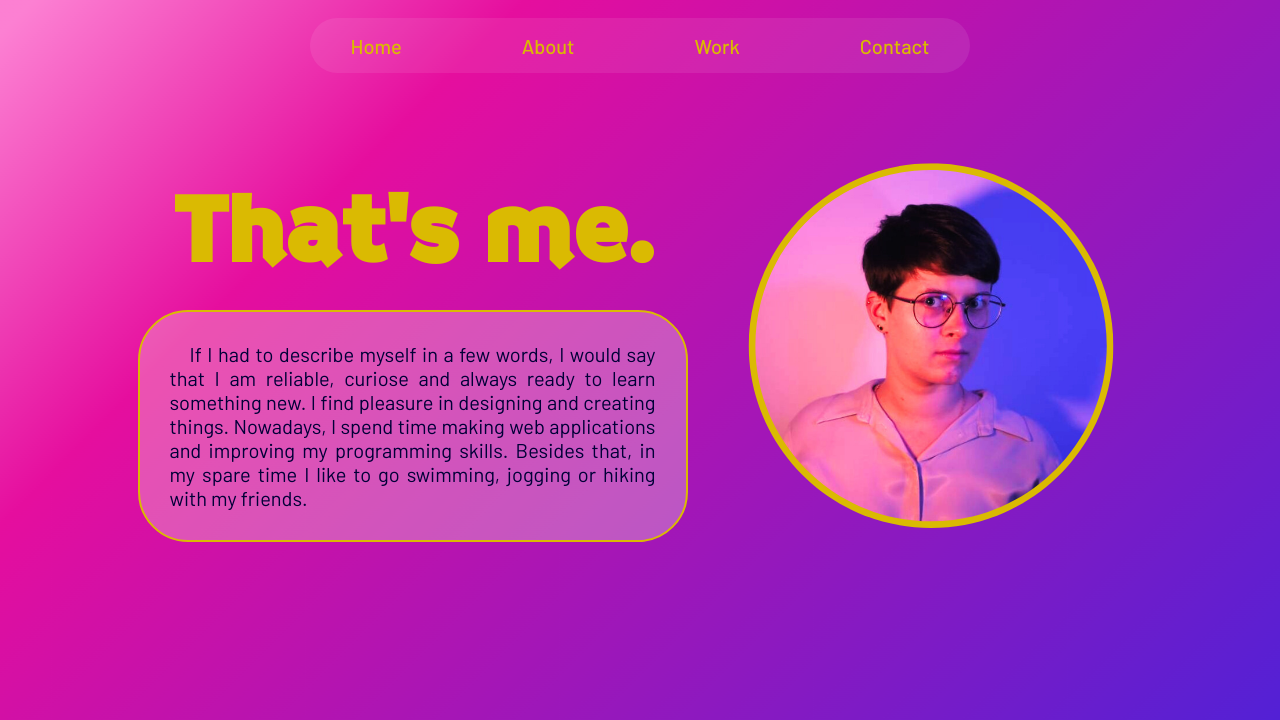
Repository: JJonka/portfolio_site
Page: /about
An editor plug-in stored every save of this project. The page is shown before and after the next save, followed by the edit.
The browser window is 1280 px wide. The pictures show the whole page.
The project was rebuilt for these pictures with package versions that can differ from the ones it lists, and the page was loaded fresh each time. Also part of the build but not shown: vite.config.ts, src/pages/HomePage.tsx, src/components/LogoIcon.module.scss, src/components/LogoIcon.tsx, src/pages/Contact.tsx, src/pages/Work.module.scss, src/pages/Work.tsx.

Above is the page before, as saved 2023-10-08 15:57:23.

### index.html
<!doctype html>
<html lang="en">
  <head>
    <meta charset="UTF-8" />
    <link rel="icon" href="./src/assets/jj_logo.svg">
    <meta name="viewport" content="width=device-width, initial-scale=1.0" />
    <title>Joanna Jurasz - software developer</title>
  </head>
  <body>
    <div id="root"></div>
    <script type="module" src="/src/index.tsx"></script>
  </body>
</html>

### src/index.tsx
import React from 'react';
import ReactDOM from 'react-dom/client';
import App from './App';
import { BrowserRouter } from 'react-router-dom';


const root = ReactDOM.createRoot( document.getElementById('root') as HTMLElement);

root.render(
  <BrowserRouter>
    <App />
  </BrowserRouter>
);

### src/App.tsx
import { Routes, Route } from 'react-router-dom';
import HomePage from './pages/HomePage';
import About from './pages/About';
import Contact from './pages/Contact';
import Work from './pages/Work';
import './App.css'


const App = () => {
    return (
      <div>
      <div className='mainBackground' />
      <div className='layer1' />
      <div className='layer2' />

      <Routes>
        <Route path='/' element={ <HomePage /> } />
        <Route path='/about' element={ <About /> } />
        <Route path='/work' element={ <Work /> } />
        <Route path='/contact' element={ <Contact /> }/>
      </Routes>
      </div>
    )
}

export default App;

### src/pages/About.tsx
import Menu from "../components/Menu";
import styles from "./About.module.scss"
import EndOfSection from "../components/EndOfSection";

const About = () => {
    return (
        <div className={styles.card}>
            <Menu></Menu>
            <div className={styles.container}>
                <div className={styles.text}>
                    <h1 className={styles.header}>That's me.</h1>
                    <div className={styles.box}>
                        <p className={styles.aboutMe}>&emsp;If I had to describe myself in a few words, I would say that I am reliable,
                            curiose and always ready to learn something new. I find pleasure in designing and creating things. Nowadays,
                            I spend time making web applications and improving my programming skills. Besides that, in my spare time
                            I like to go swimming, jogging or hiking with my friends.
                        </p>
                    </div>
                </div>
                <img src="/src/assets/jj.svg" className={styles.image} alt="Jo_pic"></img>
            </div>
            <EndOfSection></EndOfSection>
        </div>
    )
};

export default About;

### src/App.css
@font-face {
  font-family: 'Barlow-Light';
  src: url(/fonts/Barlow-Light.ttf);
}

@font-face {
	font-family: 'Barlow-Regular' ;
	src: url(/fonts/Barlow-Regular.ttf);
}

body {
	display: flex;
	flex-direction: column;
    align-items: center;
    font-family: 'Barlow-Light';
	text-align: center;
    padding-left: calc(100vw - 100%);
    --main-color: #daba02;
}

.mainBackground {
    background-image: linear-gradient(135deg, #fc79d0 15%, #e40199 30% , #2719e0 85%);
    animation: slide 5s linear infinite alternate;
    animation-fill-mode: backwards;
    position: fixed;
    top: 0;
    bottom: 0;
    left: -50%;
    right: -50%;
    opacity: 0.95;
    z-index: -1;
}




@keyframes slide {
    0% {
        transform: translateX(-20%);
    }
    100% {
        transform: translateX(10%);
    }

}

### src/components/Menu.tsx
import styles from "./Menu.module.scss";
import  LinkToPage  from "./LinkToPage"

const Menu = () => {

    return (
        <div className={styles.menu}>
            <LinkToPage
                link = {'/'}
                urlTo = {"http://localhost:5173/"}
                linkTitle= {"Home"}
            ></LinkToPage>
            <LinkToPage
                link = {'/about'}
                urlTo = {"http://localhost:5173/about"}
                linkTitle= {"About"}
            ></LinkToPage>
            <LinkToPage
                link = {'/work'}
                urlTo = {"http://localhost:5173/work"}
                linkTitle= {"Work"}
            ></LinkToPage>
            <LinkToPage
                link = {'/contact'}
                urlTo = {"http://localhost:5173/contact"}
                linkTitle= {"Contact"}
            ></LinkToPage>
        </div>
    )
};

export default Menu;

### src/pages/HomePage.module.scss
@font-face {
    font-family: 'BraahOne-Regular';
    src: url(/fonts/BraahOne-Regular.ttf);
}

.header {
    color: var(--main-color);
    font-family: "BraahOne-Regular";
    font-size: 130px;
    margin-bottom: 10px;
    margin-top: 25px;
}

.introduction {
    color: var(--main-color);
    font-family: "BraahOne-Regular";
    font-size: 40px;
    font-weight: 50;
    margin-top: 5px;

}

.imgTop {
    position: absolute;
    top: 50px;
    left: 50px;
    max-width: 30%;
    max-height: 30%;
}

.imgBottom {
    position: absolute;
    bottom: 0;
    right: 70px;
    max-width: 30%;
    max-height: 30%;
}

.container {
    display: flex;
    flex-direction: column;
    align-items: center;
    position: relative;
    width: 1300px;
    height: 675px;
}

.card {
    display: flex;
    flex-direction: column;
    align-items: center;
}

### src/pages/About.module.scss
@font-face {
	font-family: 'Barlow-Regular' ;
	src: url(/fonts/Barlow-Regular.ttf);
}

.card {
    display: flex;
    flex-direction: column;
    align-items: center;
}

.header {
    color: var(--main-color);
    font-family: "BraahOne-Regular";
    font-size: 100px;
    margin-bottom: 10px;
    margin-top: 15px;
}

.container {
    justify-content: center;
    display: flex;
    flex-direction: row;
    height: 450px;
    width: 1100px;
    gap: 50px;
    margin-bottom: 10px;
    margin-top: 40px;
}

.image {
    max-width: 90%;
    max-height: 90%;
}

.text {
    height: 400px;
    width: 550px;
    display: flex;
    flex-direction: column;
    align-items: center;
    justify-content: center;
}

.aboutMe {
    font-family: "Barlow-Regular";
    font-size: 20px;
    color:  rgb(0, 0, 55);
    margin: 0;
    padding: 30px;

}

.box {
    background-color: rgba(255, 253, 229, 0.277);
    border-color: var(--main-color);
    border-radius: 50px;
    border-style: solid;
    border-width: 2px;
    text-align: justify;
}

### src/components/EndOfSection.tsx
import styles from "./EndOfSection.module.scss"

const EndOfSection = () => {
    return (
        <img src="" className={styles.endOfSection}></img>
    )
}

export default EndOfSection

### src/pages/Contact.module.scss
@font-face {
	font-family: 'Barlow-Regular' ;
	src: url(/fonts/Barlow-Regular.ttf);
}
@font-face {
    font-family: 'Barlow-Medium';
    src: url(/fonts/Barlow-Medium.ttf);
}

.card {
    align-items: center;
    display: flex;
    flex-direction: column;
}

.container {
    display: flex;
    flex-direction: column;
    align-items: center;
    height: 500px;
    width: 1100px;
    margin-bottom: 100px;
}

.header {
    color: var(--main-color);
    font-family: "BraahOne-Regular";
    font-size: 70px;
    margin-bottom: 10px;
    margin-top: 30px;

}

.logos {
    display: flex;
    flex-direction: row;
    gap: 250px;
    margin-top: 50px;
    margin-bottom: 120px;
    justify-content: center;
    width: 1000px;
}

a {
    text-decoration: none;
}

### src/components/Menu.module.scss
@font-face {
    font-family: 'Barlow-Medium';
    src: url(/fonts/Barlow-Medium.ttf);
}


.menu {
    border-radius: 50px;
    font-family: 'Barlow-Medium';
    font-size: 20px;
    margin-top: 10px;
    margin-bottom: 30px;
    width: 620px;
    height: 15px;
    padding: 20px;
    display: flex;
    flex-direction: row;
    align-items: center;
    justify-content: center;
    column-gap: 30px;
    background-color:rgba(255, 255, 255, 0.083);;

}

### src/components/LinkToPage.tsx
import { Link } from "react-router-dom";
import styles from "./LinkToPage.module.scss"

interface LinkTo  {
    link: string
    urlTo: string
    linkTitle: string
}

const LinkToPage = (props: LinkTo) => {
    return (
        <div>
            <Link to={props.link} className={document.URL == props.urlTo ? styles.active : styles.link}>{props.linkTitle} </Link>
        </div>
    )
}

export default LinkToPage

### src/components/EndOfSection.module.scss
.endOfSection {
    max-width: 150px;
}

### src/components/LinkToPage.module.scss
.link {
    text-decoration: none;
    color: var(--main-color);
    margin: 10px 25px;
    padding: 5px 20px;
}

.link:hover {
    margin: 10px 25px;
    padding: 5px 20px;
    background-color: rgba(255, 255, 255, 0.259);
    border-radius: 50px;
    transition: background-color 1s;
}

.active {
    text-decoration: none;
    color: var(--main-color);
    margin: 10px 25px;
    padding: 5px 20px;
    background-color: rgba(255, 255, 255, 0.259);
    border-radius: 50px;
}

After the next save:
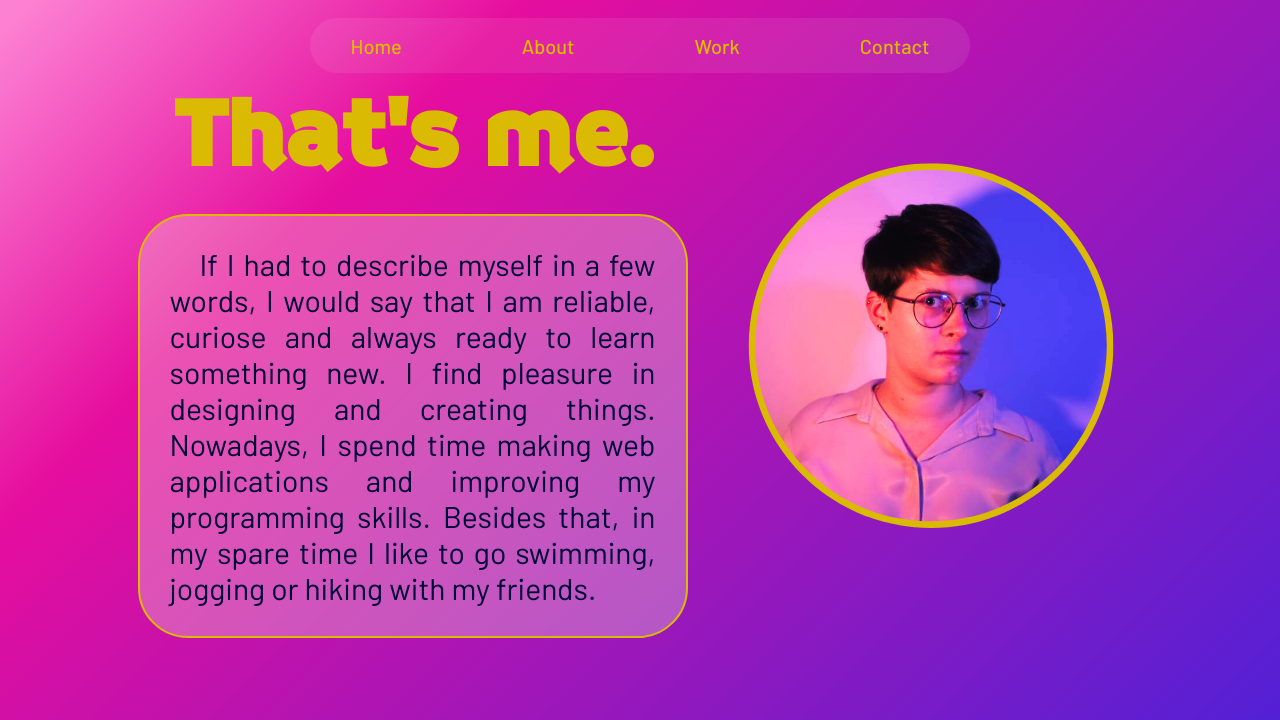
Saved 57 s later.
--- a/src/pages/About.module.scss
+++ b/src/pages/About.module.scss
@@ -44,7 +44,7 @@
 
 .aboutMe {
     font-family: "Barlow-Regular";
-    font-size: 20px;
+    font-size: 30px;
     color:  rgb(0, 0, 55);
     margin: 0;
     padding: 30px;
